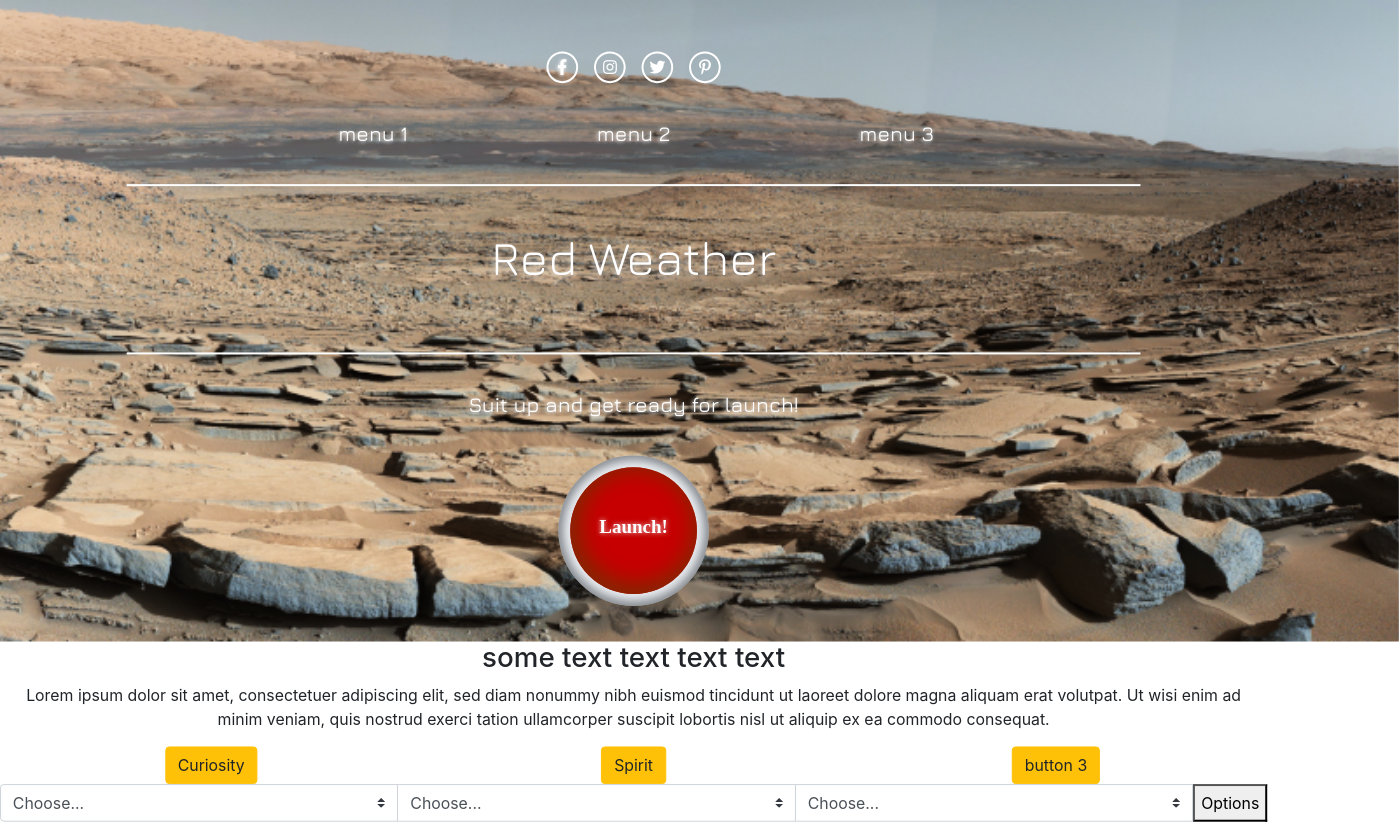
Repository: romqrq/Red-Planet-Explorer
Page: index.html
The author's editor kept a record of every edit. The page is drawn from the files as they stood at one moment, then again after the next edit.
The browser window is 1280 px wide. The page is 1413 px wide, so the pictures cover 1413 px, including what lies to the right of the window. The pictures show the whole page, at 99% of full size.
Some web fonts or font styles are not loaded; a fallback is used. Some web libraries are served in a nearby version.

Above is the page before.
Console error (its wording comes from the project's code and is left out).

After the next edit:
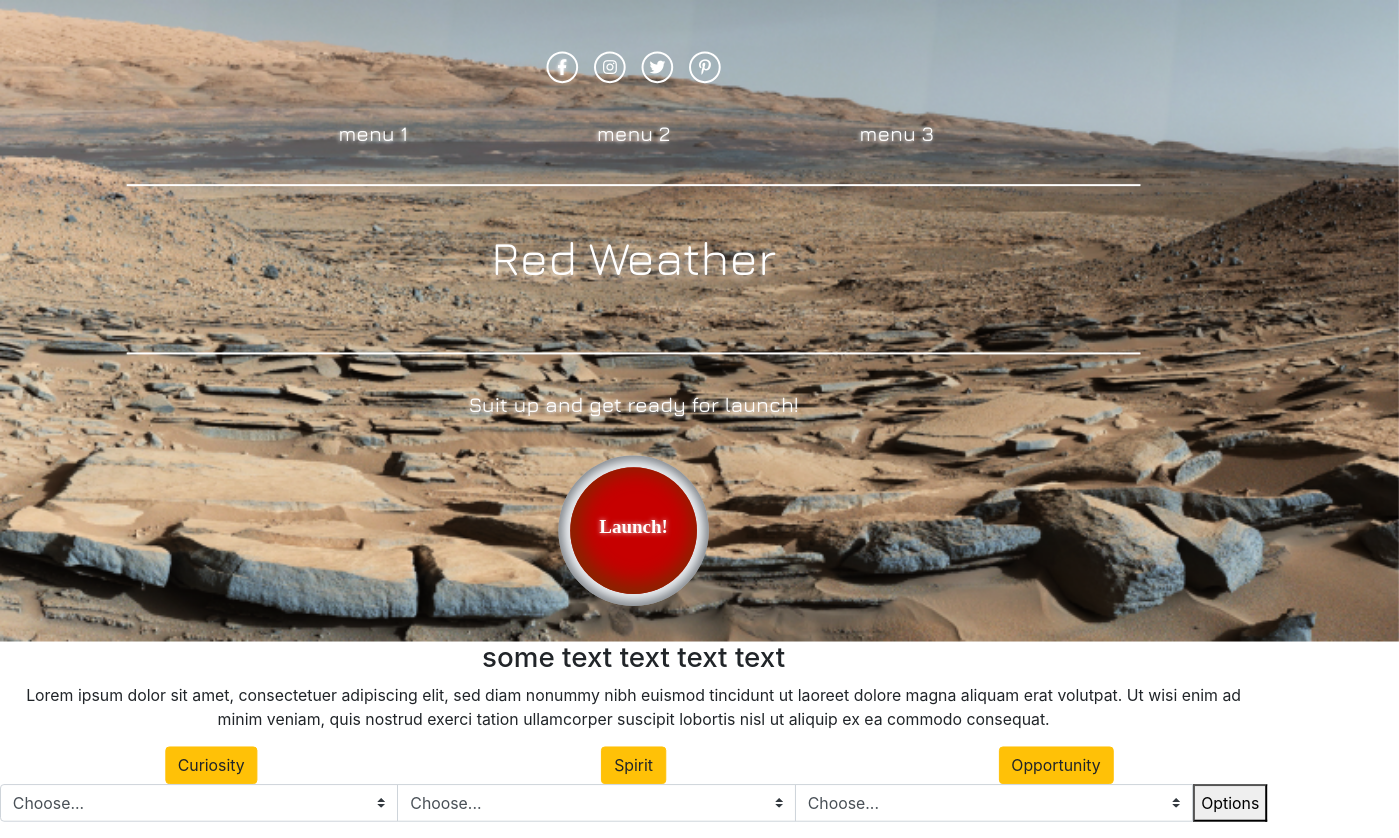
The edit:
--- a/index.html
+++ b/index.html
@@ -106,7 +106,7 @@
                     <button class="btn btn-warning" onclick="setRover("spirit")">Spirit</button>
                 </div>
                 <div class="col-4">
-                    <button class="btn btn-warning" onclick="setCam(" FHAZ ")">button 3</button>
+                    <button class="btn btn-warning" onclick="roverName("opportunity")">Opportunity</button>
                 </div>
             </div>
         </div>
